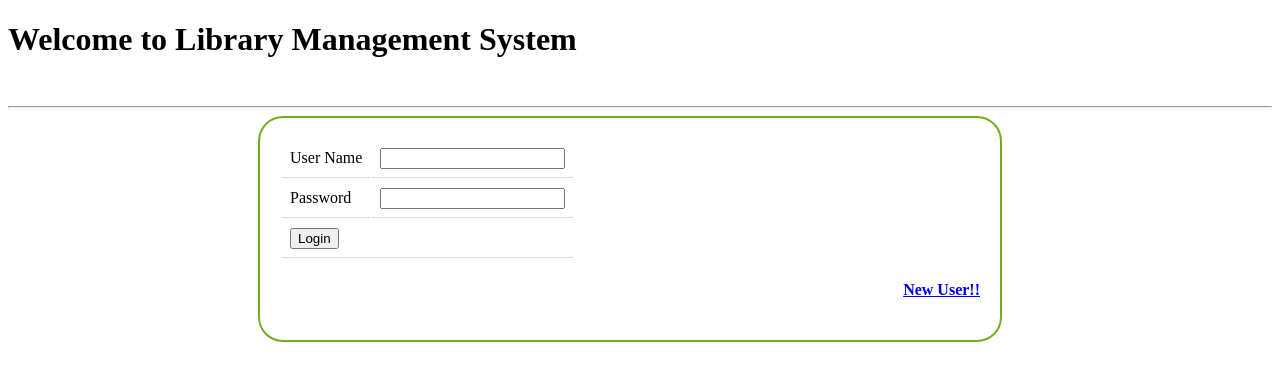
Repository: paragpatidar/LibraryManagementSystem
Page: http://localhost/LibraryManagementSystemSpring/
The author's editor kept a copy of each file at every save. The page is drawn from the files as they stood at one save, then again after the next save.
The browser window is 1280 px wide. The pictures show the whole page.
The page is served by Tomcat 9. Nobody is signed in. The application's start-up code is not run.

Above is the page before, as saved 2017-11-08 04:25:39.

After the next save:
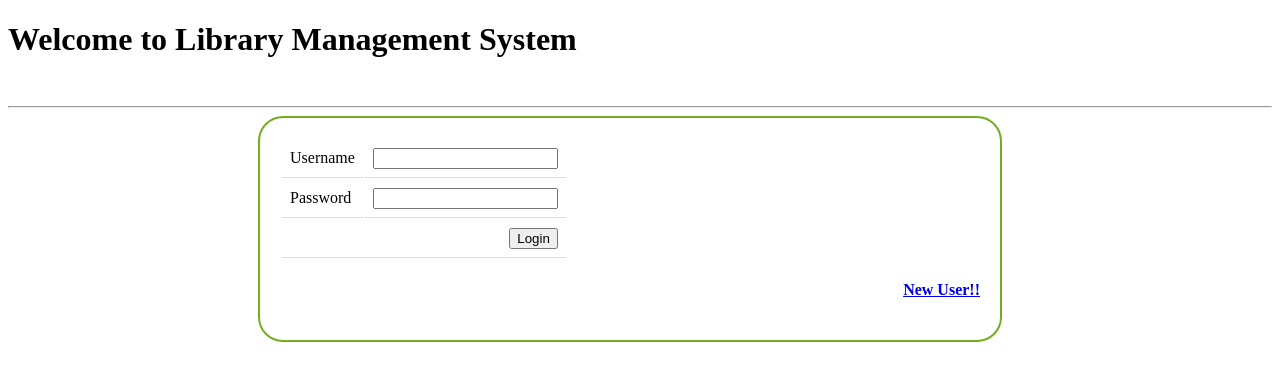
Saved 53 s later.
--- a/LibraryManagementSystemSpring/WebContent/index.jsp
+++ b/LibraryManagementSystemSpring/WebContent/index.jsp
@@ -16,7 +16,6 @@
 
 th, td {
     padding: 8px;
-    text-align: left;
     border-bottom: 1px solid #ddd;
 }
 </style>
@@ -30,7 +29,7 @@ th, td {
 	<form action="login.htm" method="post">
 		<table>
 			<tr>
-				<td>User Name</td>
+				<td>Username</td>
 				<td><input type="text" name="userName"></td>
 			</tr>
 			<tr>
